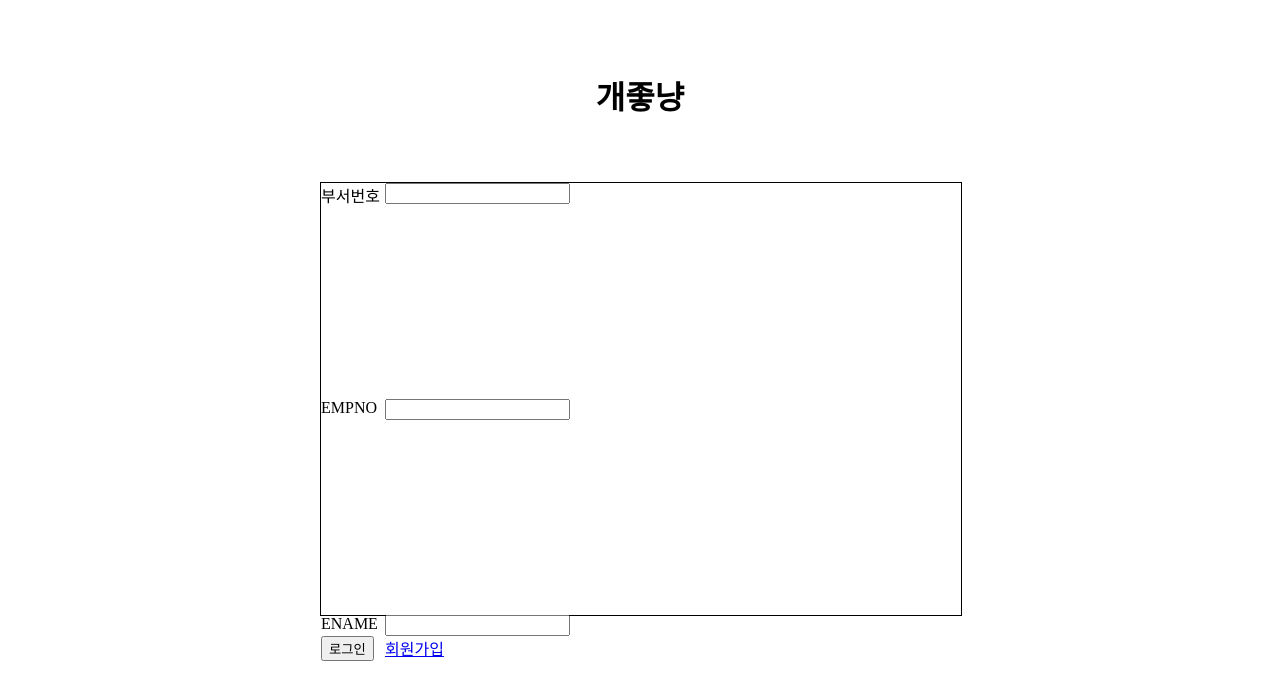
Repository: rmsgh2392/jee-company
Page: http://localhost/company/facade.do
The author's editor kept a copy of each file at every save. The page is drawn from the files as they stood at one save, then again after the next save.
The browser window is 1280 px wide. The pictures show the whole page.
The page is served by Tomcat 9. Other server files are loaded and not shown.

Above is the page before, as saved 2019-10-07 11:10:48.

### company/WebContent/WEB-INF/views/facade/main.jsp
<%@ page language="java" contentType="text/html; charset=UTF-8"
    pageEncoding="UTF-8"%>
<%@taglib prefix="e" uri="http://java.sun.com/jsp/jstl/core"%>
<jsp:include page="../common/head.jsp"/>
<div>
	<h1 id="main_text">개좋냥</h1>
	<e:choose>
		<e:when test="${page eq 'login'}">
			<jsp:include page="login.jsp"/>
		</e:when>
		<e:when test="${page eq 'join'}">
			<jsp:include page="join.jsp"/>
		</e:when>
		<e:when test="${page eq 'mypage'}">
			<jsp:include page="mypage.jsp"/>
		</e:when>
	</e:choose>
</div>
<script>
app.init('${ctx}');
</script>
<jsp:include page="../common/foot.jsp"/>

### company/WebContent/WEB-INF/views/common/head.jsp
<%@ page language="java" contentType="text/html; charset=UTF-8"
    pageEncoding="UTF-8"%>
<!DOCTYPE html>
<html>
<head>
<meta charset="UTF-8">
<title>Insert title here</title>
<script src="${js}/jquery.js"></script>
<link rel="stylesheet" type="text/css" href="${css}/style.css"/></link>
<script src="${js}/app.js"></script>
</head>
<body>
<div class="wrapper" style="width:100%; height:100%">
<div></div> <div></div> <div></div>
<div></div>

### company/WebContent/WEB-INF/views/facade/login.jsp
<%@ page language="java" contentType="text/html; charset=UTF-8"
    pageEncoding="UTF-8"%>
<form id="login_form">
	<div class = "login_tab">
		<div> 부서번호 </div>
		<div><input id="deptname" class="login_text" type="text" name="deptNo"/></div>
		<div>EMPNO</div>
		<div>
			<input id="username" class="login_text" type="text" name="empNo"/>
		</div>


		<div>ENAME </div>
		<div>
			<input id="userpw" class="login_text" type="text" name="ename"/>
		</div>


		<div>
			<input id="login_btn" type="button" value="로그인"/>
		</div>
		<div>
			<a id="a_join" href="#">회원가입</a>
		</div>
		<input type="hidden" name="action" value="login"/>
		<input type="hidden" name="page" value="mypage"/>
	</div>
</form>
<script>
app.init('${ctx}');
</script>

### company/WebContent/WEB-INF/views/common/foot.jsp
<%@ page language="java" contentType="text/html; charset=UTF-8"
    pageEncoding="UTF-8"%>
<div></div>
<div></div> <div></div> <div></div>
  </div>
</body>
</html>

### company/src/com/company/web/controllers/FacadeController.java
package com.company.web.controllers;

import java.io.IOException;
import javax.servlet.ServletException;
import javax.servlet.annotation.WebServlet;
import javax.servlet.http.HttpServlet;
import javax.servlet.http.HttpServletRequest;
import javax.servlet.http.HttpServletResponse;

import com.company.web.pool.Constants;

@WebServlet("/facade.do")
public class FacadeController extends HttpServlet {
	private static final long serialVersionUID = 1L;

	enum Resources{
		CTX, CSS, JS
	}
	protected void doGet(HttpServletRequest request, HttpServletResponse response) throws ServletException, IOException {
		for(Resources r : Resources.values()) {
			if(r.toString().toLowerCase().equals("ctx")) {
				request.getSession().setAttribute(r.toString().toLowerCase(), request.getContextPath());
			}else {
				request.getSession().setAttribute(r.toString().toLowerCase(), request.getContextPath() + "/resources/" + r.toString().toLowerCase());

			}

		}
		if(request.getParameter("page")==null) {
			request.setAttribute("page", "login");
		}else {
			request.setAttribute("page", request.getParameter("page"));
		}
		request.getRequestDispatcher
		(String.format(Constants.DOUBLE_PATH
				,request.getServletPath().substring(1,request.getServletPath().indexOf(".")),"main"))
		.forward(request, response);

	}

}

### company/WebContent/resources/css/style.css
@charset "UTF-8";
html, body{
	margin: 0;
	height: 100%;
	overflow: hidden;
}
.wrapper{
	display : grid;
	width: 100%;
	height:100%;
	grid-template-columns : 25% 50% 25%;
	grid-template-rows : 10% 60% 30%
}
.login_tab{
	display : grid;
	width: 100%;
	height:100%;
	border : 1px solid black;
	grid-template-columns : 10% 90%;
	grid-template-rows : 50% 50%;
	margin : 10% auto;
}

#main_text { width : 200px; margin : 0 auto;text-align:center;}
#login_form{width:100%;height:100%}

### company/WebContent/resources/js/app.js
var app = (()=>{
	return {
		init : (ctx)=>{
			employeeService.login(ctx);
			employeeService.join(ctx);
			employeeService.moveJoin(ctx);

		}

	};

})();

var player = (()=>{
	var _empNo,_ename,_job,_mgr,_hireDate,_sal,_comm,_deptNo;

	var setDeptNo = (deptNo)=>{this.deptNo = deptNo;}
	var setEmpNo = (empNo)=>{this.empNo = empNo;}
	var setEname = (ename)=>{this.ename = ename;}
	var getDeptNo = ()=>{return this._deptNo;}
	var getEmpNo = ()=>{return this. _empNo;}
	var getEname = ()=>{return this._ename;}
	return {
		setDeptNo : setDeptNo,
		setEmpNo  :  setEmpNo ,
		setEname : setEname,
		getDeptNo : getDeptNo,
		getEmpNo : getEmpNo,
		getEname : getEname
	};
})();

var employeeService = (()=>{
	return {
		login : (ctx)=>{
			$('#login_btn').click(()=>{
				if($('#username').val()===''||$('#userpw').val()===''||$('#deptname').val()===''){
					alert('필수값이 없습니다.');
				}else{
					/*alert('입력한 값 아이디'+$('#username').val());*/
					$('#login_form').attr('action',ctx+'/company.do');
					$('#login_form').attr('method','GET');
					$('#login_form').submit();
				}

			});
		},
		join: (ctx)=>{
			$('#join_btn').click(()=>{
				if($('#join_empNo').val()===''||$('#join_ename').val()===''){
					alert('필수값이 없습니다.');
				}else{
					/*alert('입력한 값 아이디'+$('#join_empNo').val());*/
					$('#join_form').attr('action',ctx+'/company.do');
					$('#join_form').attr('method','GET');
					$('#join_form').submit();
				}
			});
		},
		moveJoin : (ctx)=>{
			$('#a_join').click(()=>{

				location.assign(ctx+'/facade.do?page=join')
			});
		},


		search: (ctx)=>{
			$('#find2').click(()=>{
				location.assign(ctx+'/player.do?action=search&page=a_position');
			});

			$('#find4').click(()=>{
				location.assign(ctx+'/player.do?action=search&page=4_find_by_teamid_position');

			});

		}

	};
})();

Loaded but not shown: company/WebContent/resources/js/jquery.js (library)

After the next save:
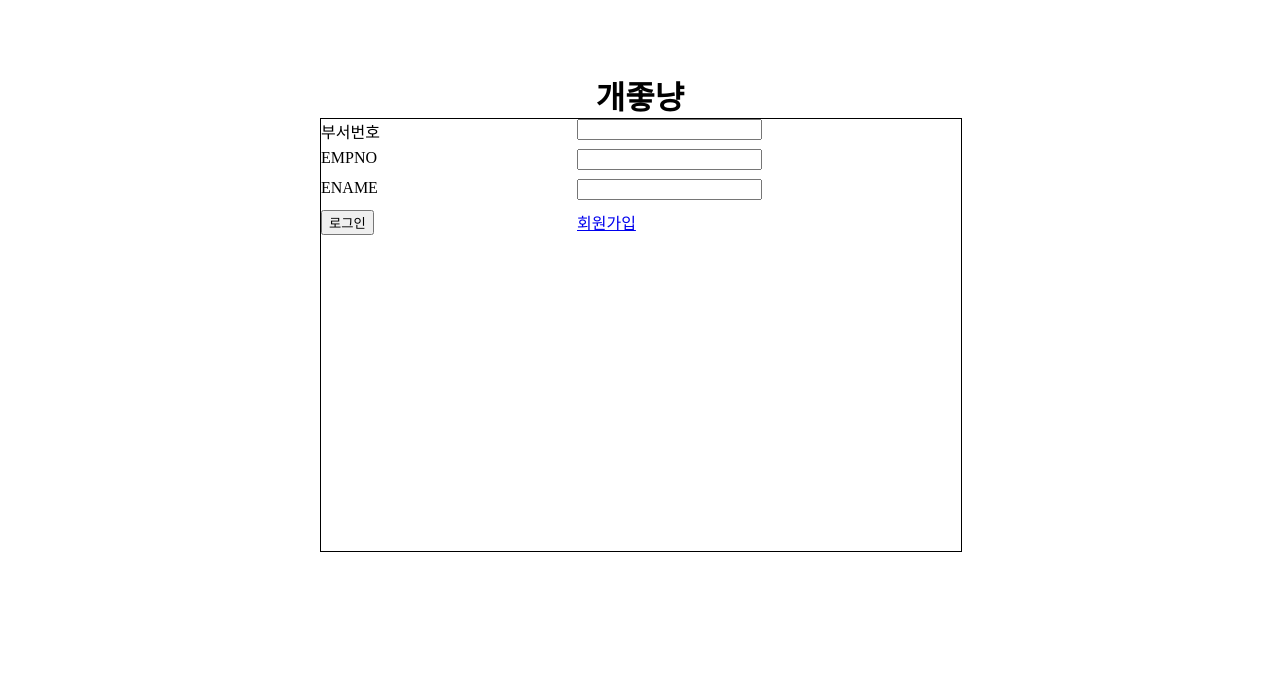
Saved 3 min 5 s later.
--- a/company/WebContent/resources/css/style.css
+++ b/company/WebContent/resources/css/style.css
@@ -16,9 +16,9 @@ html, body{
 	width: 100%;
 	height:100%;
 	border : 1px solid black;
-	grid-template-columns : 10% 90%;
-	grid-template-rows : 50% 50%;
-	margin : 10% auto;
+	grid-template-columns : 40% 60%;
+	grid-template-rows : 7% 7% 7% 7%;
+	margin : 0 auto;
 }
 
 #main_text { width : 200px; margin : 0 auto;text-align:center;}
